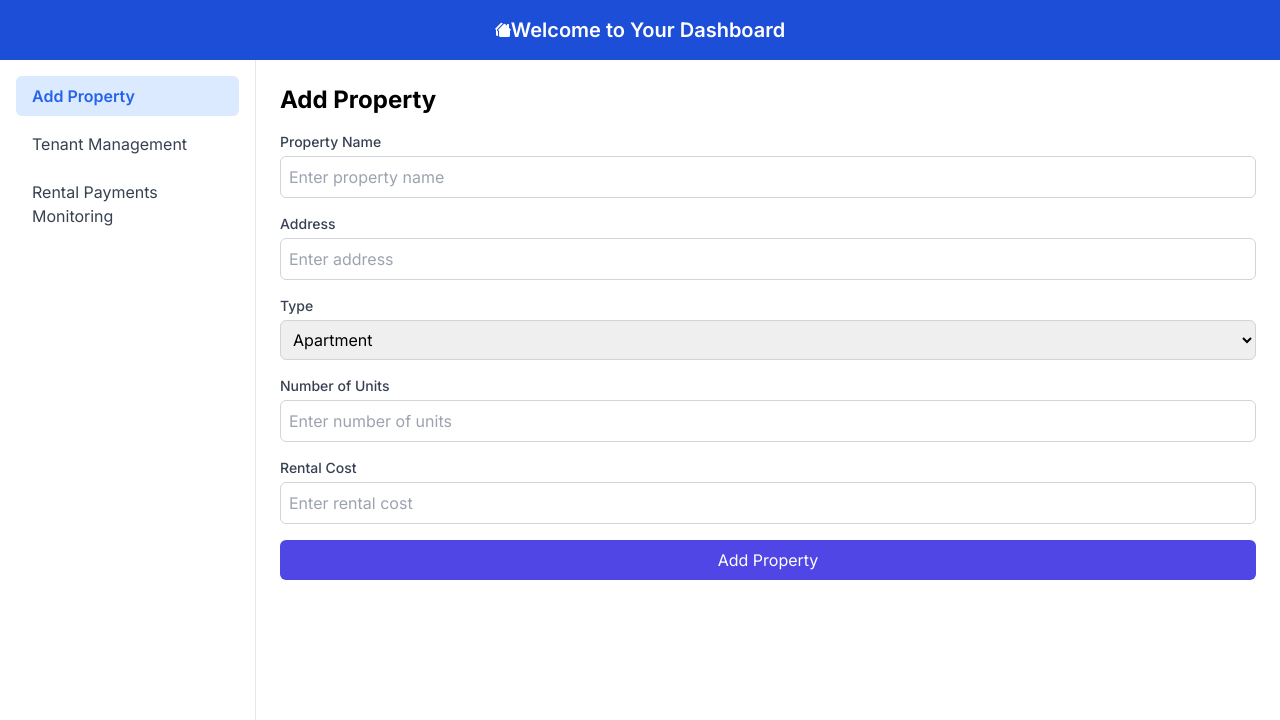
Repository: NassimeElkamari/Horizon-Housing
Page: /dashboard
These files come from the project's save history. The page is drawn as it stood at one moment and after a run of saves; the edit follows.
The browser window is 1280 px wide. The pictures show the whole page.
The project was rebuilt for these pictures with package versions that can differ from the ones it lists, and the page was loaded fresh each time. The framework's server and built-in components were replaced by stand-ins that run in the browser. Also part of the build but not shown: next.config.mjs, src/components/TenantManagement.tsx, src/components/PropertiesTable.tsx, src/components/RentalPaymentsMonitoring.tsx.

Above is the page before, as saved 2024-08-28 21:01:40.

After the next 2 saves:
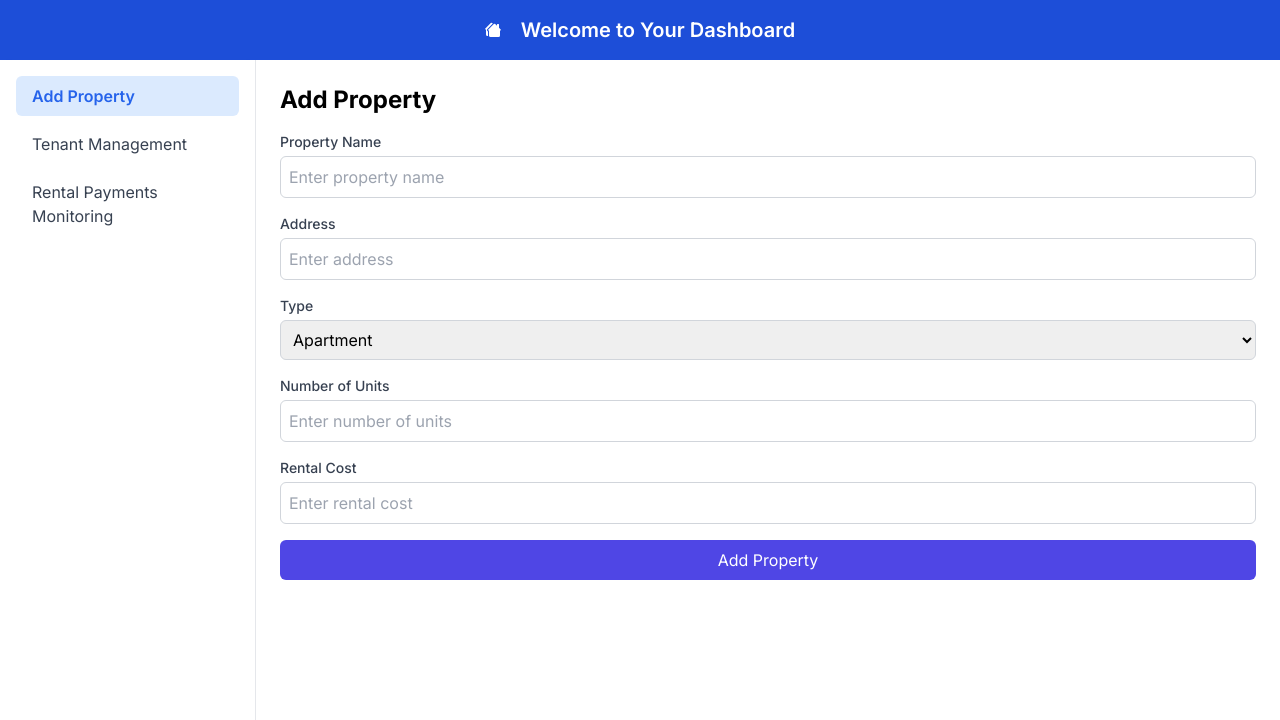
The 2 saves are shown as one change because they came seconds apart.
The last was saved 6 s later.
--- a/src/app/dashboard/page.tsx
+++ b/src/app/dashboard/page.tsx
@@ -13,7 +13,7 @@ const DashboardPage = () => {
 
   return (
     <div className="min-h-screen flex flex-col bg-gray-50">
-      <header className="bg-blue-700 text-white p-4 shadow-md flex justify-center items-center">
+      <header className="bg-blue-700 text-white p-4 shadow-md flex justify-center items-center gap-5">
         <BsFillHousesFill color='white' width={15} height={15}/>
         <h1 className="text-xl font-semibold text-center">Welcome to Your Dashboard</h1>
       </header>
